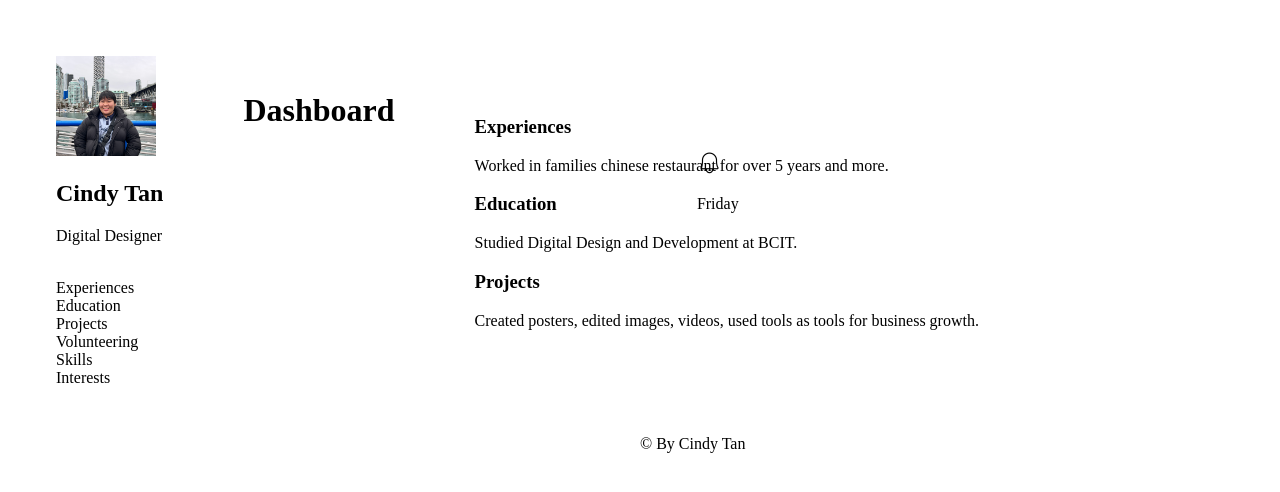
Repository: Cindy-tan/Assessment-_1
Page: /
These files come from the project's save history. The page is drawn as it stood at one moment and after the next save; the edit follows.
The browser window is 1280 px wide. The pictures show the whole page.
The project was rebuilt for these pictures with package versions that can differ from the ones it lists, and the page was loaded fresh each time. The framework's server and built-in components were replaced by stand-ins that run in the browser. Also part of the build but not shown: next.config.js, components/Card/Card.module.css, components/SideNavigation/SideNavigation.module.css.

Above is the page before, as saved 2024-01-19 00:02:16.

### pages/index.js
import Head from 'next/head'
import styles from '@/styles/Home.module.css'
import Header from '@/components/Header'
import Card from '@/components/Card'
import Footer from '@/components/Footer'
import MenuItem from '@/components/MenuItem'
import SideNavigation from '@/components/SideNavigation'



export default function Home() {

  return (
    <>
      <Head>
        <title>Assessment 1</title>
        <meta name="description" content="Generated by create next app" />
        <meta name="viewport" content="width=device-width, initial-scale=1" />
        <link rel="icon" href="/favicon.ico" />
      </Head>

      <main className={`${styles.main}`}>

        <div>
        <SideNavigation/>
        </div>

        <div className={`${styles.header}`}>
        <Header/>
        </div>

        <div className={`${styles.card}`}>
          <Card title='Experiences' description='Worked in families chinese restaurant for over 5 years and more.'/>
          <Card title='Education' description='Studied Digital Design and Development at BCIT.'/>
          <Card title='Projects' description='Created posters, edited images, videos, used tools as tools for business growth.'/>
        </div>









      </main>
      <Footer/>
    </>
  )
}

### styles/globals.css
:root {
  --black: #000;
  --white: #fff;
  --blue: rgba(12, 72, 156, 1.0);

  --large-font: 20px;
  --medium-font: 17px;
  --small-font: 14px;

  --violet-red: rgb(219, 112, 147);
  --amaranth: rgb(159, 43, 104);
  --cerise: rgb(222, 49, 99);
  --steel-blue: rgb(40, 189, 218);
  --teal: rgb(20, 151, 176);
  --yellow: rgb(12, 97, 119);
}

### styles/Home.module.css
.main {
  display: flex;
  flex-direction: row;
  align-items: center;
  padding: 3rem;
  min-height: 20vh;
}

.header{
  align-items: center;
  border-radius: 50px;
  padding: 7px 80px 150px;
}

### components/Header/index.js
import styles from "./Header.module.css"
import Image from "next/image"

export default function Header() {
    return (
        <>
            <header>
                <h1>Dashboard</h1>
                <div className={`${styles.icon}`}>
                <Image src="/images/bell.png" alt="bell" width={25} height={25}/>
                <p>Friday</p>
                </div>
            </header>
        </>
    )
}

### components/Card/index.js
import styles from "./Card.module.css"

export default function Card({
    title="default",
    description="default",
    bgColor,
    borderColor
})
{
    return (
        <>
            <div className={styles.card} style={{backgroundColor: bgColor, border:borderColor}}>
                <h3>{title}</h3>
                <p>{description}</p>
            </div>
        </>
    )
}

### components/Footer/index.js
import styles from "./Footer.module.css"

export default function Footer() {
    return(
        <>
            <footer className={styles.footer}>
               © By Cindy Tan
            </footer>
        </>
    )
}

### components/MenuItem/index.js
import styles from "./MenuItem.module.css"

export default function MenuItem({
    title = "",
    bgColor,
    textColor,
    tabLeft
})

{
    return (
        <>
            <div className={styles.menuItem} style={{backgroundColor: bgColor, color:textColor}}>
                {title}
            </div>
        </>
    )
}

### components/SideNavigation/index.js
import MenuItem from "../MenuItem"
import styles from "./SideNavigation.module.css"
import Image from "next/image"

export default function SideNavigation() {
    return (
        <>
            <div>
                <Image src="/images/profile.JPG" alt="profile" width={100} height={100}/>
                <h2>Cindy Tan</h2>
                <p>Digital Designer</p>
                <br/>
                <MenuItem title="Experiences"/>
                <MenuItem title="Education"/>
                <MenuItem title="Projects"/>
                <MenuItem title="Volunteering"/>
                <MenuItem title="Skills"/>
                <MenuItem title="Interests"/>

            </div>
        </>
    )
}

### components/Header/Header.module.css
.icon {
    margin-left: 300%;
}

### components/Footer/Footer.module.css
.footer {
    align-items: center;
    padding-left: 50%;
}

### components/MenuItem/MenuItem.module.css
.menuItem:hover {
    background-color: var(--blue);
    color: var(--white);
}

Loaded but not shown: pages/_app.js (common file); pages/_document.js (common file); components/Card/Card.module.css (no copy from this time; the picture is the same without it)

After the next save:
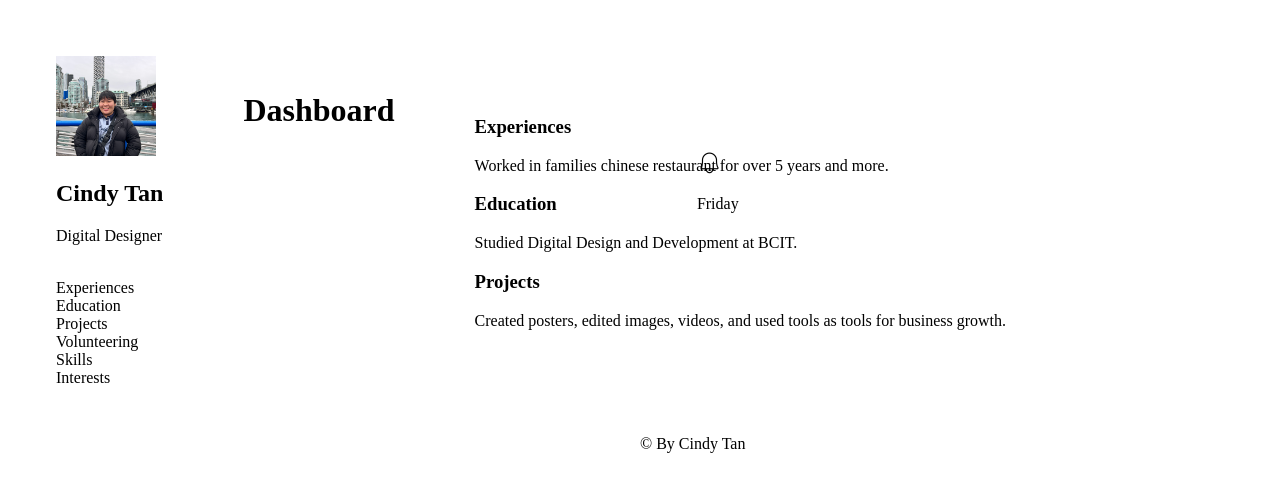
Saved 8 s later.
--- a/pages/index.js
+++ b/pages/index.js
@@ -32,7 +32,7 @@ export default function Home() {
         <div className={`${styles.card}`}>
           <Card title='Experiences' description='Worked in families chinese restaurant for over 5 years and more.'/>
           <Card title='Education' description='Studied Digital Design and Development at BCIT.'/>
-          <Card title='Projects' description='Created posters, edited images, videos, used tools as tools for business growth.'/>
+          <Card title='Projects' description='Created posters, edited images, videos, and used tools as tools for business growth.'/>
         </div>
 
 
